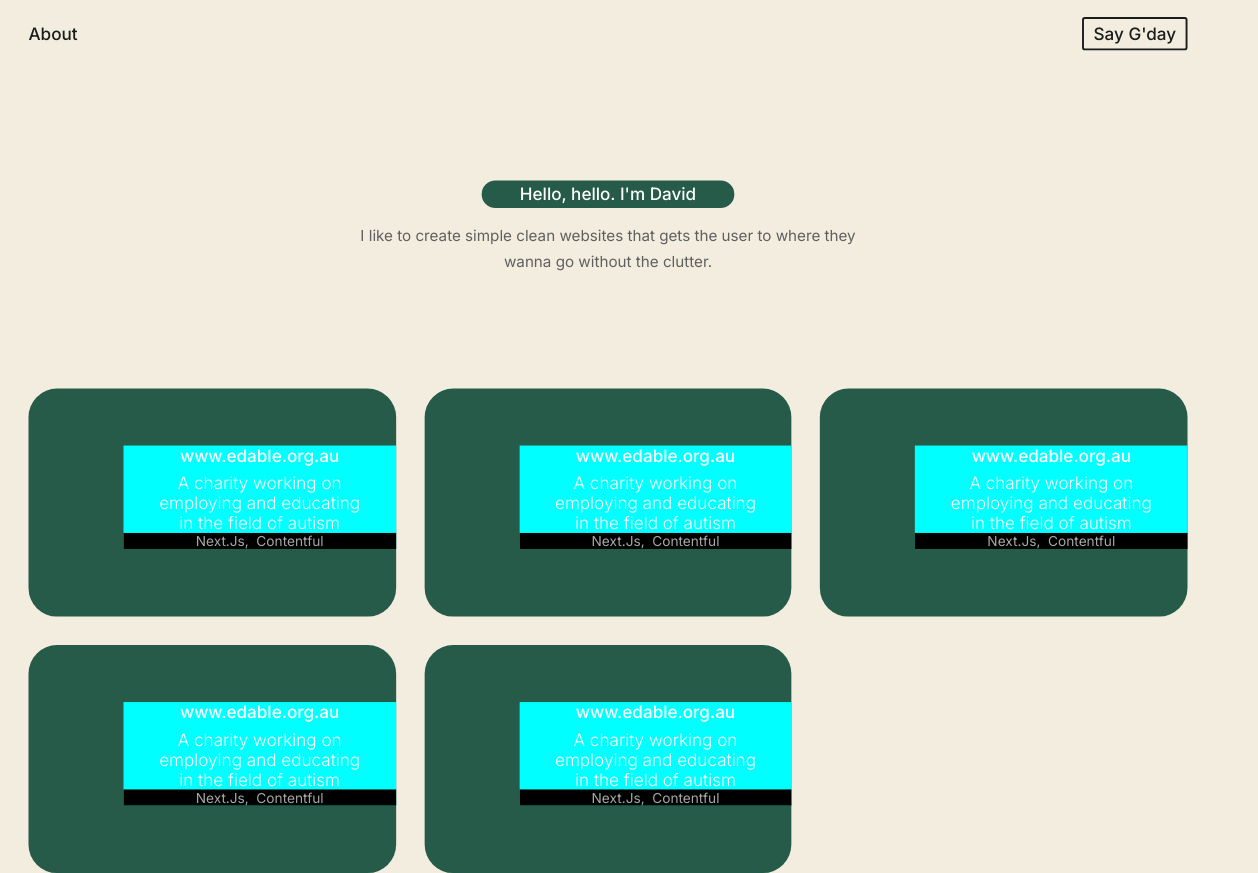
Repository: David-Waite/David-Waite-Portfolio
Page: /
An editor plug-in stored every save of this project. The page is shown before and after the next save, followed by the edit.
The browser window is 1280 px wide. The page is 1280 px wide, then 1324 px, then 1280 px, so the pictures cover 1324 px, including what lies to the right of the window. The pictures show the whole page, at 95% of full size.
The project was rebuilt for these pictures with package versions that can differ from the ones it lists, and the page was loaded fresh each time. The framework's server and built-in components were replaced by stand-ins that run in the browser. Also part of the build but not shown: next.config.js.

Above is the page before, as saved 2023-07-26 13:16:32.

### app/layout.tsx
import "./globals.css";
import type { Metadata } from "next";
import { Inter } from "next/font/google";
import Link from "next/link";
import NavBar from "./components/Nav/NavBar/NavBar";

const inter = Inter({ subsets: ["latin"] });

export const metadata: Metadata = {
  title: "Create Next App",
  description: "Generated by create next app",
};

export default function RootLayout({
  children,
}: {
  children: React.ReactNode;
}) {
  return (
    <html lang="en">
      <body className={inter.className}>
        <NavBar />
        {children}
      </body>
    </html>
  );
}

### app/page.tsx
import Projects from "./components/Nav/Home/Projects/Projects";
import styles from "./page.module.css";
import Image from "next/image";
export default function Home() {
  return (
    <main className={styles.main}>
      <div className={styles.headingContainer}>
        <h1>Hello, hello. I&apos;m David</h1>
        <p>
          I like to create simple clean websites that gets the user to where
          they wanna go without the clutter.
        </p>
      </div>
      <Projects />
    </main>
  );
}

### app/globals.css
:root {
  --primary: #255b48;
  --black: #191d1b;
  --background: #f3eddf;
  --white: #ffffff;
  --grey: #606060;
}

.paragraph {
  font-size: 18px;
  font-style: normal;
  font-weight: 400;
  line-height: 25.2px;
  color: var(--black);
}

body {
  background-color: var(--background);
}

* {
  padding: 0;
  margin: 0;
  box-sizing: border-box;
}

### app/components/Nav/NavBar/NavBar.tsx
"use client";
import NavButton from "../NavButton/NavButton";
import styles from "./navBar.module.css";
import { usePathname } from "next/navigation";

import Link from "next/link";

export default function NavBar() {
  const currentRoute = usePathname();

  return (
    <nav className={styles.container}>
      <Link href={`./${currentRoute === "/" ? "about" : "/"}`}>
        {currentRoute === "/" ? "About" : "Home"}
      </Link>

      {currentRoute !== "/contact" && <NavButton />}
    </nav>
  );
}

### app/components/Nav/Home/Projects/Projects.tsx
"use client";

import Image from "next/image";
import styles from "./projects.module.css";

export default function About() {
  const projects: any = [
    {
      image: "/Edable.jpg",
      imageAlt: "Edable Home",
      link: "www.edable.org.au",
      description:
        "A charity working on employing and educating in the field of autism",
      madeWith: ["Next.Js", "Contentful"],
    },
    {
      image: "/Edable.jpg",
      imageAlt: "Edable Home",
      link: "www.edable.org.au",
      description:
        "A charity working on employing and educating in the field of autism",
      madeWith: ["Next.Js", "Contentful"],
    },

    {
      image: "/Edable.jpg",
      imageAlt: "Edable Home",
      link: "www.edable.org.au",
      description:
        "A charity working on employing and educating in the field of autism",
      madeWith: ["Next.Js", "Contentful"],
    },
    {
      image: "/Edable.jpg",
      imageAlt: "Edable Home",
      link: "www.edable.org.au",
      description:
        "A charity working on employing and educating in the field of autism",
      madeWith: ["Next.Js", "Contentful"],
    },
    {
      image: "/Edable.jpg",
      imageAlt: "Edable Home",
      link: "www.edable.org.au",
      description:
        "A charity working on employing and educating in the field of autism",
      madeWith: ["Next.Js", "Contentful"],
    },
  ];

  const projectCardsElement: any = projects.map((item: any) => {
    return (
      <a
        key={item.title}
        href={`https://${item.link}`}
        target="_blank"
        style={{ textDecoration: "none" }}
      >
        <div className={styles.projectsCard}>
          <div className={styles.projectContainer}>
            <Image
              className={styles.projectImages}
              src={item.image}
              alt={item.imageAlt}
              fill={true}
            />

            <div className={styles.projectInfo}>
              <div></div>
              <div>
                <h2>{item.link}</h2>
                <p>{item.description}</p>
              </div>

              <ul className={styles.madeWith}>
                {item.madeWith.map((madewith: any) => (
                  <li key={item.title}>
                    {`${madewith}${
                      madewith === item.madeWith[item.madeWith.length - 1]
                        ? ""
                        : ","
                    }`}
                  </li>
                ))}
              </ul>
            </div>
          </div>
        </div>
      </a>
    );
  });
  return <div className={styles.projectsGrid}>{projectCardsElement}</div>;
}
// import styles from "./projects.module.css";
// import Image from "next/image";
// export default function Projects() {
//   return (
//     <main className={styles.main}>
//       <div className={styles.projects}>
//         <div className={styles.projectContainer}>
//           <div className={styles.imageContainer}>
//             <Image
//               src="/Edable.jpg"
//               fill={true}
//               alt="Edable homePage"
//               objectFit="contain"
//             />
//             <div className={styles.text}>
//               <h2>https://www.edable.org.au/</h2>
//               <p>
//                 A charity working on employing and educating in the field of
//                 autism
//               </p>
//             </div>
//           </div>
//         </div>
//         <div className={styles.projectContainer}></div>
//         <div className={styles.projectContainer}></div>
//         <div className={styles.projectContainer}></div>
//         <div className={styles.projectContainer}></div>
//       </div>
//     </main>
//   );
// }

### app/page.module.css
.main {
  margin: 0 30px;
}
.headingContainer {
  display: flex;
  flex-direction: column;
  align-items: center;
  margin: 120px 0px;
}

.headingContainer h1 {
  background-color: var(--primary);
  color: var(--white);
  font-size: 18px;
  font-weight: 500;
  padding: 4px 40px;
  border-radius: 20px;
  margin-bottom: 16px;
}

.headingContainer p {
  color: var(--grey);
  max-width: 550px;
  text-align: center;
  line-height: 27px;
}

### app/components/Nav/NavButton/NavButton.tsx
import styles from "./navButton.module.css";

import Link from "next/link";

export default function NavButton() {
  return (
    <Link className={styles.container} href={"./contact"}>
      Say G&apos;day
    </Link>
  );
}

### app/components/Nav/NavBar/navBar.module.css
.container {
  display: flex;
  align-items: center;
  justify-content: space-between;
  height: 70px;
  padding: 0 30px;
}

.container a {
  color: var(--black);
  cursor: pointer;
  text-decoration: none;
  font-size: 18px;
  font-weight: 500;
}

### app/components/Nav/Home/Projects/projects.module.css
.projectsGrid {
  display: grid;
  grid-template-columns: 1fr 1fr 1fr;
  gap: 30px;
}

.projectsCard {
  background-color: var(--primary);
  height: calc((100vw / 3) / 16 * 9);
  border-radius: 30px;
  display: flex;
  align-items: center;
  justify-content: center;
}

.projectContainer {
  position: relative;

  height: calc(100% - 120px);

  width: calc(100%);
  border-radius: 3px;
}
.projectImages {
  object-fit: contain;
  opacity: 0;
}
.projectInfo {
  background-color: aqua;
  left: 100px;
  position: absolute;
}

.projectsCard h2 {
  margin-top: auto;
  text-align: center;
  color: var(--white);
  font-size: 18px;
  font-weight: 500;
}

.projectsCard p {
  font-size: 18px;
  text-align: center;
  margin: 8px 30px 0 30px;
  color: var(--white);
  font-weight: 300;
  margin-bottom: auto;
}

.madeWith {
  list-style: none;
  display: flex;
  justify-content: center;

  gap: 8px;
  color: #a7a7a7;
  font-size: 14.4px;
  background-color: black;
}

### app/components/Nav/NavButton/navButton.module.css
.container {
  border: 2px solid var(--black);
  color: var(--black);
  font-weight: 500;
  border-radius: 3px;
  padding: 5px 10px;
  transition: 0.3s;
}

.container:hover {
  background-color: var(--primary);
  color: var(--white);
}

After the next save:
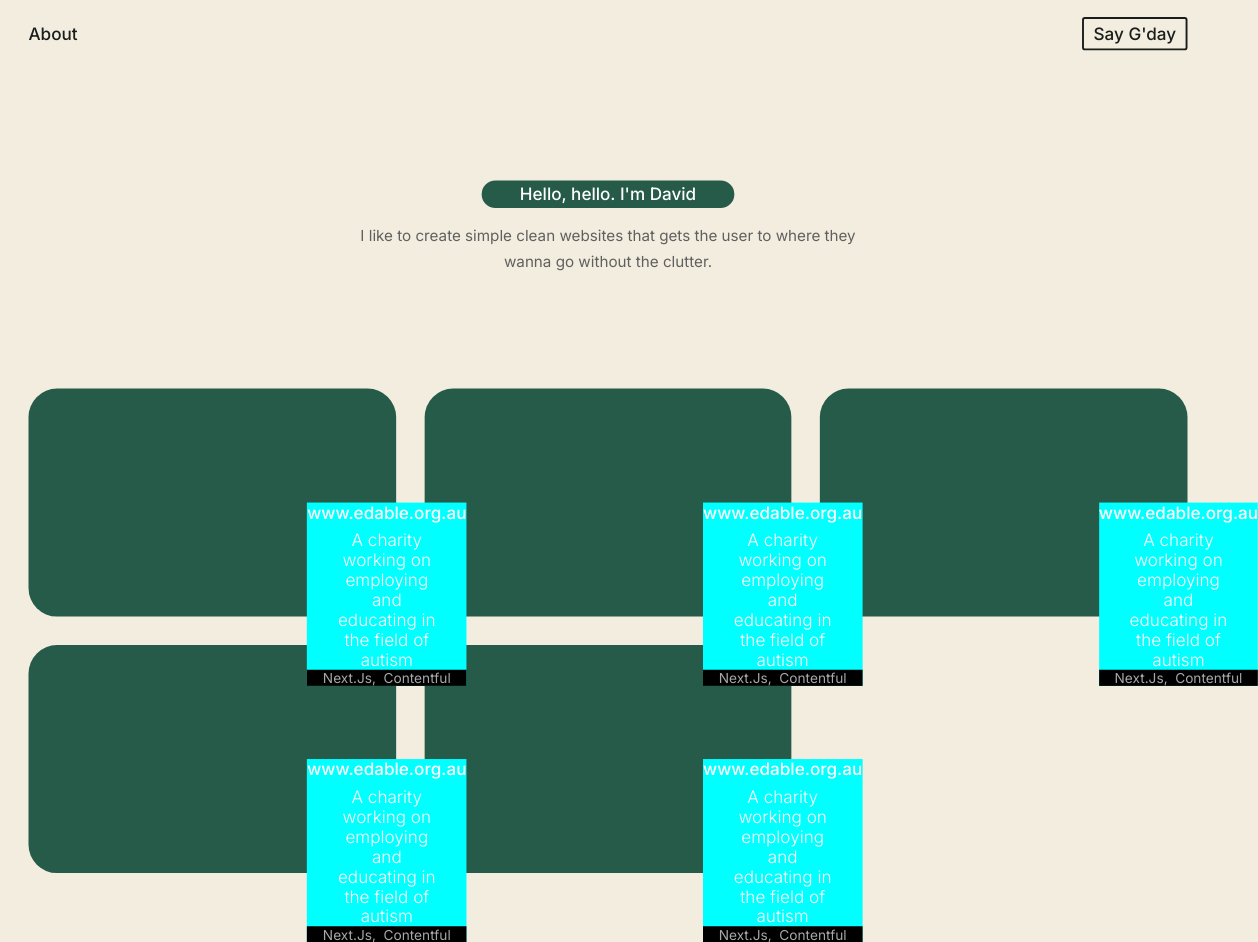
Saved 20 s later.
--- a/app/components/Nav/Home/Projects/projects.module.css
+++ b/app/components/Nav/Home/Projects/projects.module.css
@@ -16,9 +16,6 @@
 .projectContainer {
   position: relative;
 
-  height: calc(100% - 120px);
-
-  width: calc(100%);
   border-radius: 3px;
 }
 .projectImages {

After the save that followed:
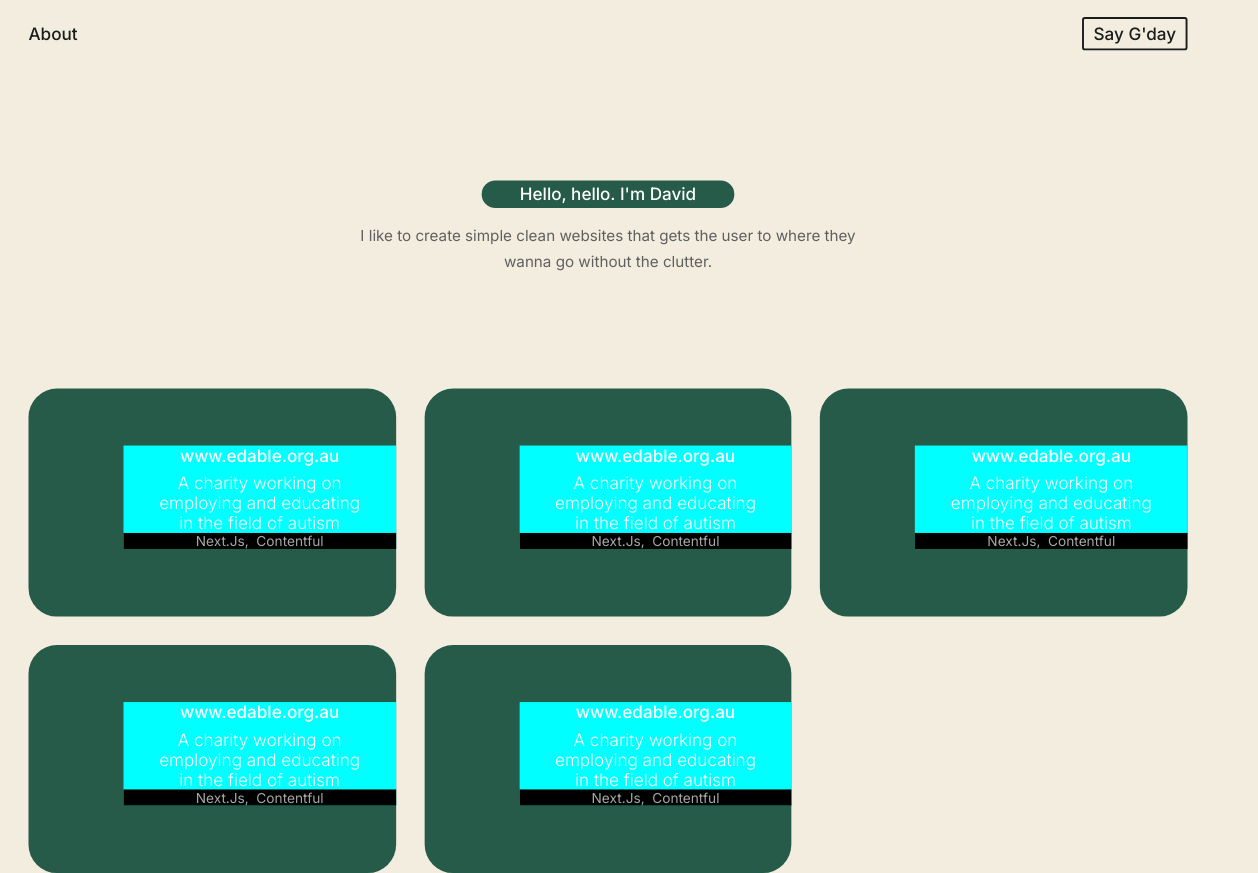
Saved 4 s later.
--- a/app/components/Nav/Home/Projects/projects.module.css
+++ b/app/components/Nav/Home/Projects/projects.module.css
@@ -15,7 +15,8 @@
 
 .projectContainer {
   position: relative;
-
+  height: calc(100% - 120px);
+  width: calc(100%);
   border-radius: 3px;
 }
 .projectImages {
